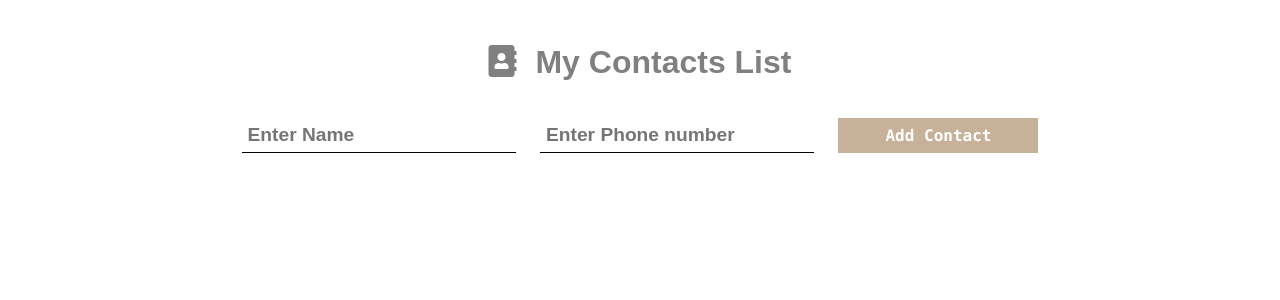
Repository: Sayan-100/Contact-List
Page: http://localhost/
An editor plug-in stored every save of this project. The page is shown before and after the next save, followed by the edit.
The browser window is 1280 px wide. The pictures show the whole page.
Some web libraries are served in a nearby version. The page is served by the project's Node server (index.js). Queries for data that is not in the repository find no rows.

Above is the page before, as saved 2022-01-10 15:20:13.

After the next save:
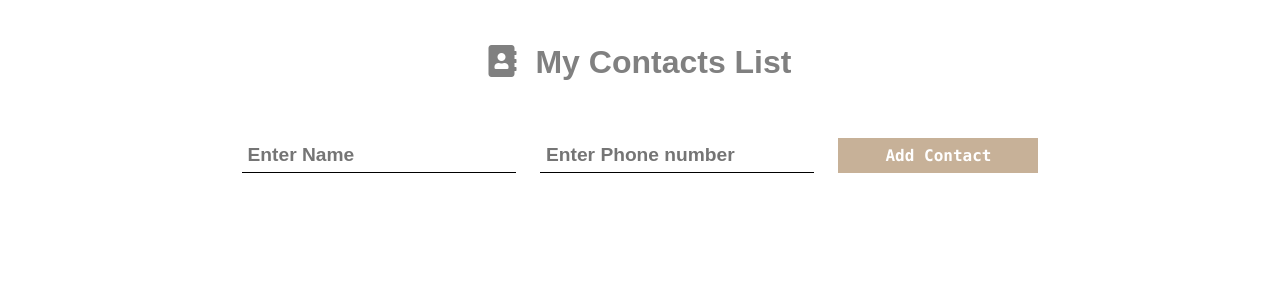
Saved 31 s later.
--- a/assets/css/home.css
+++ b/assets/css/home.css
@@ -87,3 +87,8 @@
     .element {
         width: 70%;
     }
+
+    input,
+    button {
+        margin-top: 20px;
+    }
